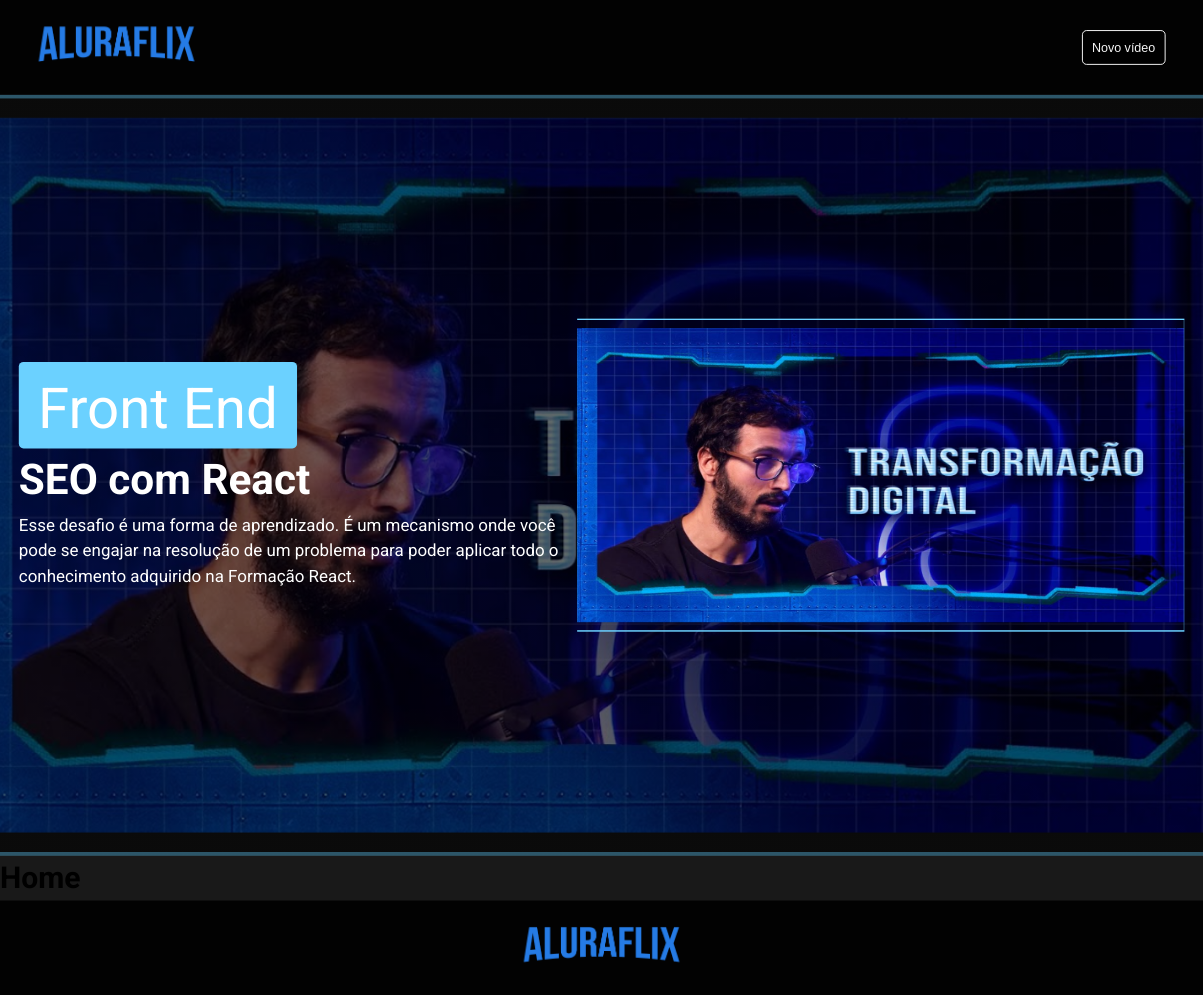
Repository: CarlosEduardoVdeOliveira/aluraflix
Page: /
The author's editor kept a copy of each file at every save. The page is drawn from the files as they stood at one save, then again after the next save.
The browser window is 1280 px wide. The pictures show the whole page, at 94% of full size.
The project was rebuilt for these pictures with package versions that can differ from the ones it lists, and the page was loaded fresh each time. Also part of the build but not shown: vite.config.js, src/pages/RegisterVideo/index.jsx, src/pages/RegisterCategory/index.jsx.

Above is the page before, as saved 2023-09-20 13:28:57.

### index.html
<!doctype html>
<html lang="en">
  <head>
    <meta charset="UTF-8" />
    <link rel="preconnect" href="https://fonts.googleapis.com">
    <link rel="preconnect" href="https://fonts.gstatic.com" crossorigin>
    <!-- <link rel="icon" type="image/svg+xml" href="/vite.svg" /> -->
    <meta name="viewport" content="width=device-width, initial-scale=1.0" />
    <link href="https://fonts.googleapis.com/css2?family=Roboto:wght@300;400;500;700&display=swap" rel="stylesheet">
    <title>Alura + Flix</title>
  </head>
  <body>
    <div id="root"></div>
    <script type="module" src="/src/main.jsx"></script>
  </body>
</html>

### src/main.jsx
import React from 'react'
import ReactDOM from 'react-dom/client'
import AppRoutes from './routes'
import './index.css'

ReactDOM.createRoot(document.getElementById('root')).render(
  <React.StrictMode>
    <AppRoutes />
  </React.StrictMode>,
)

### src/routes.jsx
import { BrowserRouter, Route, Routes } from 'react-router-dom'
import PageBase from './pages/pageBase'
import Home from './pages/Home/Home'
import { ThemeProvider } from '@mui/material'
import { theme } from './'
import RegisterVideo from './pages/RegisterVideo'
import RegisterCategory from './pages/RegisterCategory'


export default function AppRoutes() {
  return (
    <BrowserRouter>
      <ThemeProvider theme={theme}>
        <Routes>
          <Route path='/' element={<PageBase />}>
            <Route index element={<Home />}></Route>
            <Route path='register-video' element={<RegisterVideo />}></Route>
            <Route path='register-category' element={<RegisterCategory />}></Route>
          </Route>
        </Routes>
      </ThemeProvider>
    </BrowserRouter>
  )
}

### src/index.css
:root {
  --gray-100: #F5F5F5;
  --gray-150: #E5E5E5;
  --gray-500: #191919;
  --blue-500: #2A7AE4;
  font-family: 'Roboto', sans-serif;
  line-height: 1.5;
  font-weight: 400;
  font-size: 1rem;
  font-synthesis: none;
  text-rendering: optimizeLegibility;
  -webkit-font-smoothing: antialiased;
  -moz-osx-font-smoothing: grayscale;
  -webkit-text-size-adjust: 100%;
}
*{
  box-sizing: border-box;
  margin: 0;
  padding: 0;
  scroll-behavior: smooth;
}
body{
  background-color: var(--gray-500);
}
a {
  text-decoration: none;
  transiton: .5s all ease-out;
}

button{
  cusor: pointer;
  transiton: .5s all ease-out;
}

### src/pages/pageBase/index.jsx
import { Banner } from '../../components/Banner';
import Footer from '../../components/Footer';
import Header from '../../components/Header'
import { Outlet } from "react-router-dom";
import { useLocation } from 'react-router-dom';


export default function PageBase() {
  const location = useLocation()
  return (
    <main>
      <Header button={location.pathname === '/'} />
      <Banner banner={location.pathname === '/'} />
      <Outlet />
      <Footer />
    </main>
  )
}

### src/pages/Home/Home.jsx

function Home() {

  return (
    <>
      <h1>Home</h1>
    </>
  )
}

export default Home

### src/index.js
import { createTheme } from '@mui/material/styles';

export const theme = createTheme({
  palette: {
    primary: {
      main: '#2A7AE4',
      light: '#6BD1FF',
      dark: '#002884',
      contrastText: '#fff',
    },
    secondary: {
      light: '#ff7961',
      main: '#f44336',
      dark: '#ba000d',
      contrastText: '#000',
    },
  },
});

### src/components/Banner/index.jsx
import styles from './Banner.module.css'
import bannerImage from '../../../public/banner.png'


// eslint-disable-next-line react/prop-types
export function Banner({banner}){
  return(
    <>
      {
        banner && (
        <div className={styles.container}>
          <div className={styles.content}>
            <div className={styles.category}>
              Front End
            </div>
            <h5 >
              SEO com React
            </h5>
            <p>
              Esse desafio é uma forma de aprendizado.
              É um mecanismo onde você pode se engajar na resolução de um problema
              para poder aplicar todo o conhecimento adquirido na Formação React.
            </p>
          </div>
          <img src={bannerImage} alt='Imagem do SEO da alura, '/>
        </div>
        )
      }
    </>
  );
}

### src/components/Footer/index.jsx
import { Link } from 'react-router-dom'
import logo from '../../assets/logo.png'
import styles from './Footer.module.css'
function Footer() {
  return (
    <footer className={styles.container}>
      <Link to='/'>
        <img src={logo} alt="Logo do aluraflix" />
      </Link>
    </footer>
  )
}

export default Footer

### src/components/Header/index.jsx
/* eslint-disable react/prop-types */
// eslint-disable-next-line no-unused-vars
import React from 'react';

import logo from '../../assets/logo.png'
import styles from './Header.module.css'
import { Link } from 'react-router-dom';
import Button from '../Button';


const Header = ({button}) => {

  return (
    <header className={styles.container}>
      <Link to="/">
        <img src={logo} alt='Logo do aluraflix' />
      </Link>
      {button && <Button
        bgColor="#000"
        borderColor="1px solid #FFF"
        color="#F5f5f5"
        >
          Novo vídeo
        </Button>}
    </header>
  )
}

export default Header

### src/components/Banner/Banner.module.css
.container{
  background: linear-gradient(rgba(0, 0, 0, 0.59), rgba(0, 0, 0, 0.59)),
  url(../../../public/banner.png) center / cover no-repeat;
  width: 100%;
  height: 50.563rem;
  display: flex;
  justify-content: center;
  align-items: center;
  gap: 10px;
  padding: 20px;
}
.container img{
  width: 646px;
  height: 333.582px;
  flex-shrink: 0;
}
.content{
  color: #FFF;
}
.content h5{
  font-size: 45px;
}
.content p{
  font-size: 18px;
}
.category{
  width: 296px;
  height: 92px;
  padding: 5px;
  text-align: center;
  border-radius: 5px;
  font-size: 60px;
  color: #FFF;
  background-color: #6BD1FF;
}

### src/components/Footer/Footer.module.css
.container{
  display: flex;
  align-items: center;
  justify-content: center;
  padding: 1.688rem 2.5rem;
  background-color: rgba(0, 0, 0, 0.9);
}

.container img{
  width: 168.45px;
  height: 40px;
}

### src/components/Header/Header.module.css
.container{
  display: flex;
  justify-content: space-between;
  align-items: center;
  padding: 1.688rem 2.5rem;
  background-color: rgba(0, 0, 0, 0.9);
}

.container img{
  width: 168.45px;
  height: 40px;
}

### src/components/Button/index.jsx
import styles from './Button.module.css'
// eslint-disable-next-line react/prop-types
function Button({children, bgColor, borderColor, color}) {
  return(
    <button className={styles.button}
      style={{
        background:bgColor,
        border:borderColor,
        color:color
      }}
    >
      {children}
    </button>
  )
}

export default Button

### src/components/Button/Button.module.css
.button{
  padding: 10px;
  cursor: pointer;
  border-radius: 5px;
  font-weight: 500;
}

After the next save:
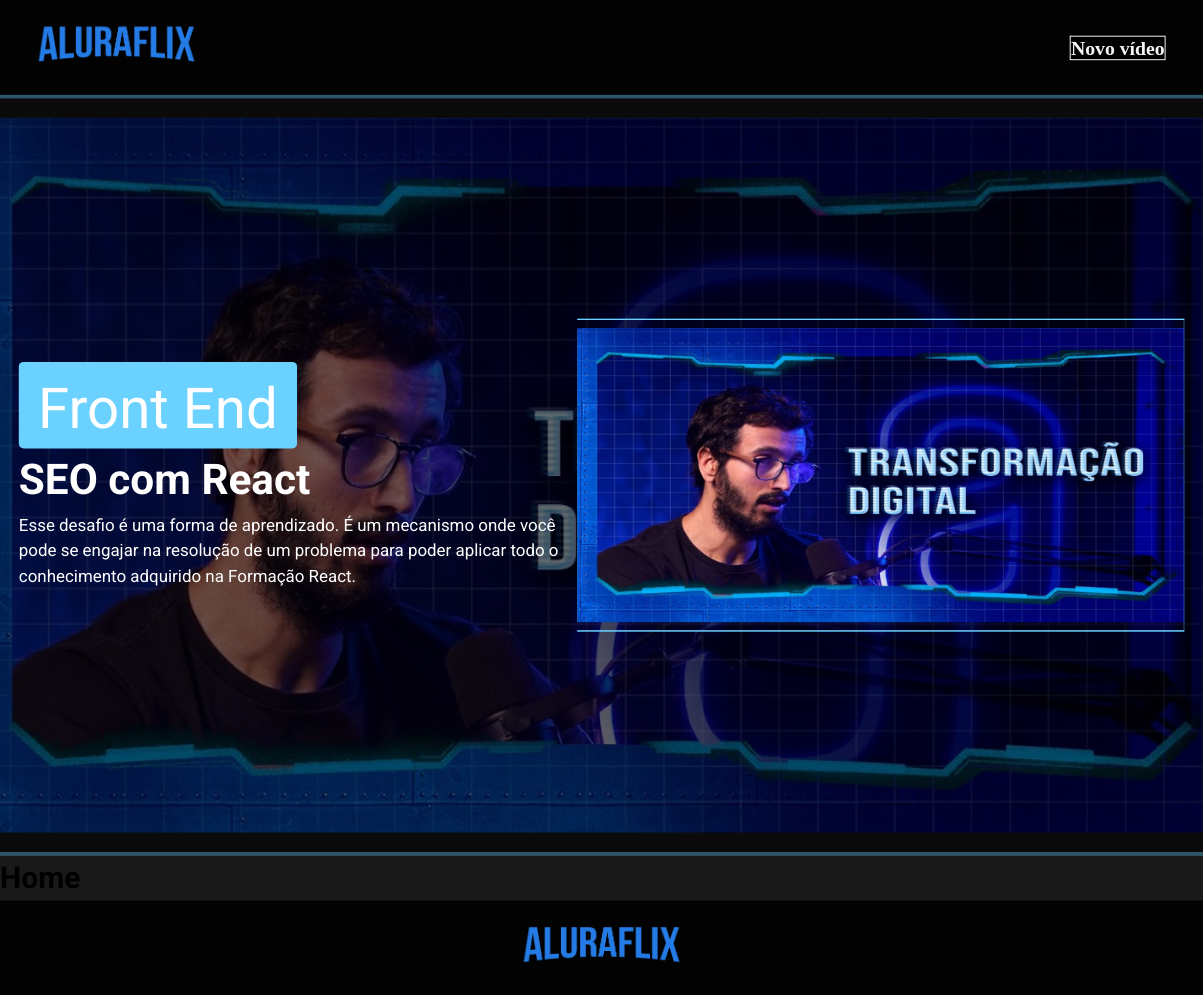
Saved 33 s later.
--- a/src/components/Button/Button.module.css
+++ b/src/components/Button/Button.module.css
@@ -1,6 +1,9 @@
 .button{
-  padding: 10px;
-  cursor: pointer;
-  border-radius: 5px;
-  font-weight: 500;
+  color: #FFF;
+text-align: center;
+font-family: Source Sans Pro;
+font-size: 21px;
+font-style: normal;
+font-weight: 600;
+line-height: 24px; /
 }
